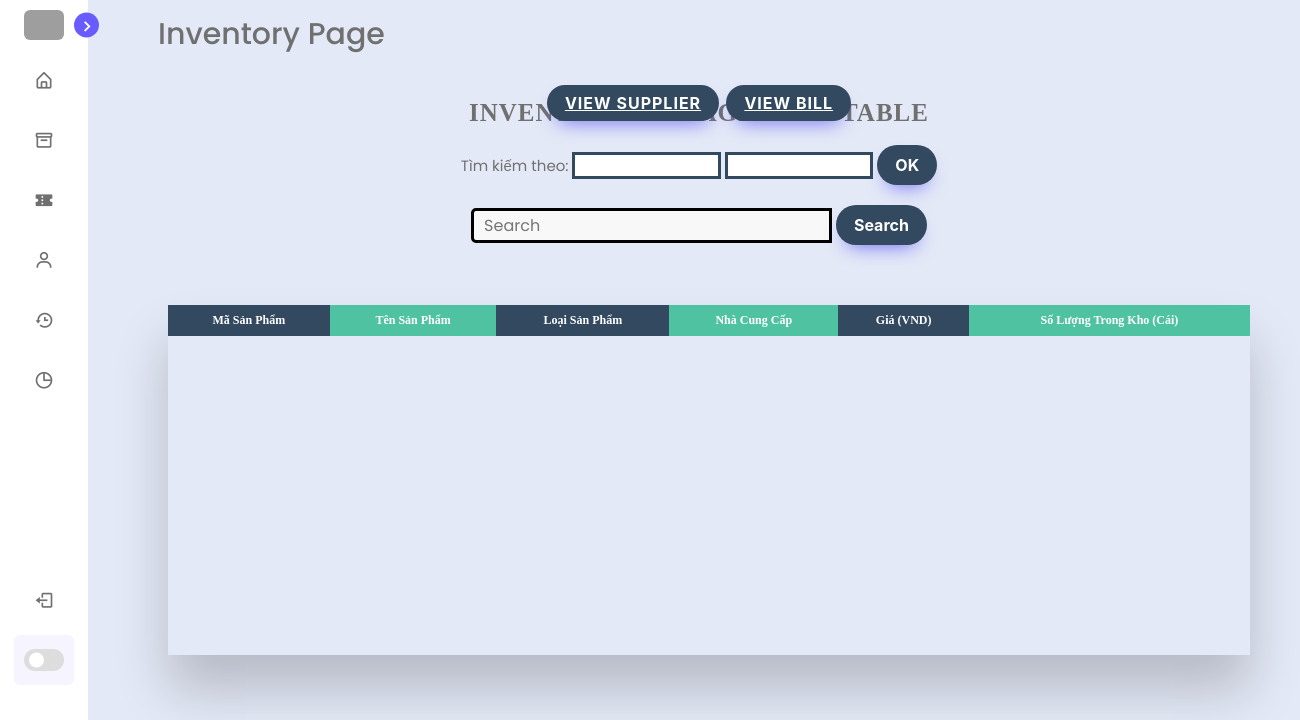
Repository: JeffDaveHudson/CapstoneProject
Page: http://localhost/CapstoneProject/inventory
An editor plug-in stored every save of this project. The page is shown before and after the next save, followed by the edit.
The browser window is 1280 px wide. The page is 1300 px wide, so the pictures cover 1300 px, including what lies to the right of the window. The pictures show the whole page.
Pictures or frames that could not be fetched are drawn as grey boxes. The page is served by Tomcat 9.

Above is the page before, as saved 2023-05-24 09:48:37.

After the next save:
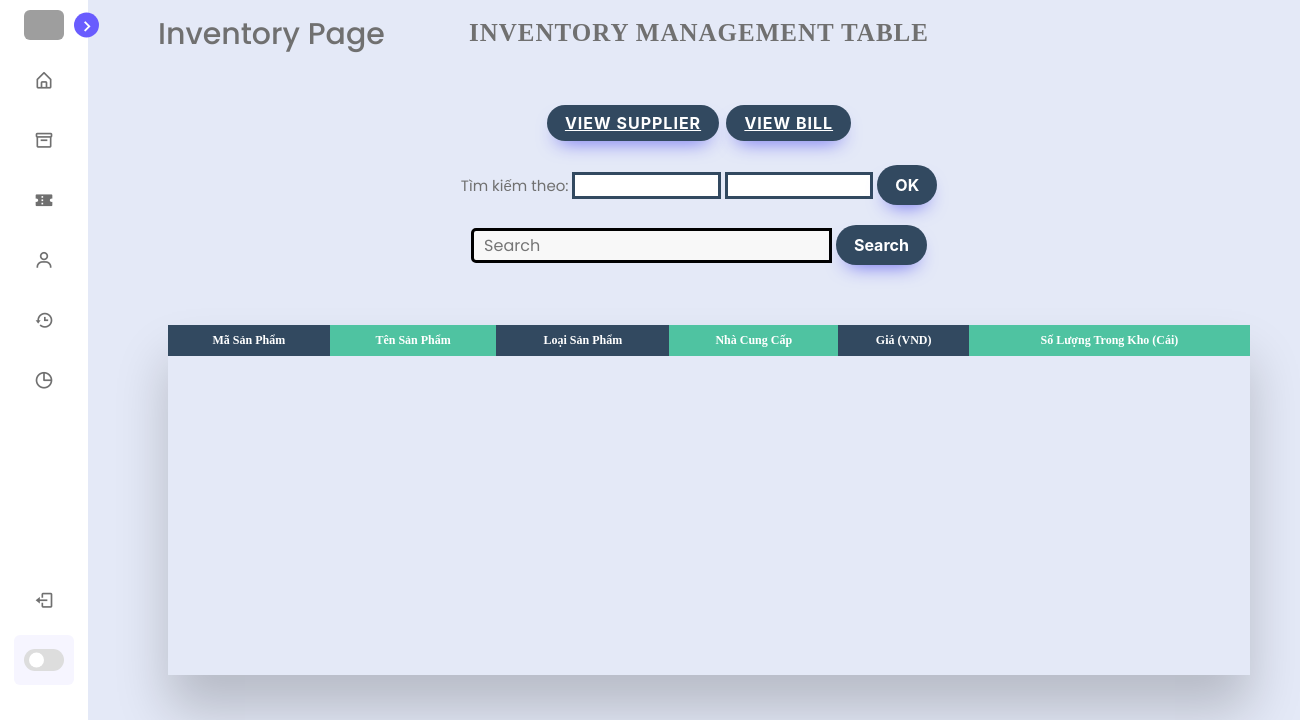
Saved 32 s later.
--- a/CapstoneProject/src/main/webapp/admin/Inventory.jsp
+++ b/CapstoneProject/src/main/webapp/admin/Inventory.jsp
@@ -26,8 +26,8 @@
 
     <section class="home">
         		<div class="text">Inventory Page</div>
-        <h2 class = "banner ">Inventory Management Table</h2>
-        <div class = "banner" style="margin-top: -100px">
+        <h2 class = "banner "  style="margin-top: -80px">Inventory Management Table</h2>
+        <div class = "banner">
 			<a href="<%=request.getContextPath()%>/viewSupplier" class="btn btn-info button-search" role="button">View Supplier</a>
 			<a href="bill" class="btn btn-info button-search" role="button">View Bill</a>
 		</div>
